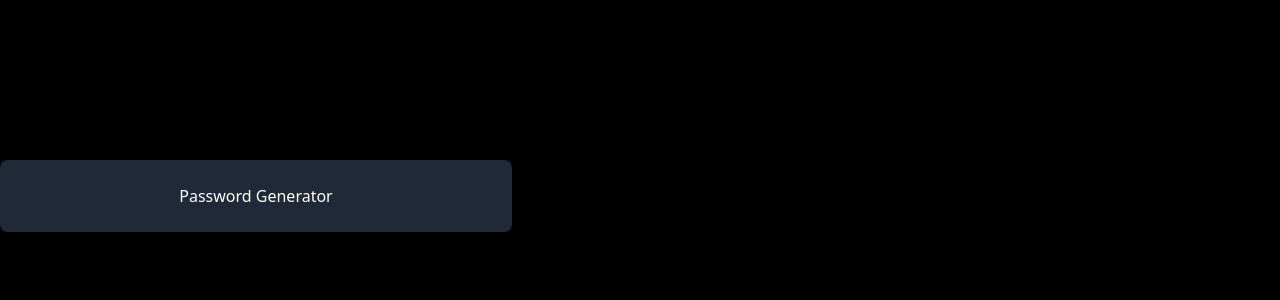
Repository: Abdul-Moeid-Rao/React-Projects
Page: / (app in 05passwordGenrator/)
An editor plug-in stored every save of this project. The page is shown before and after the next save, followed by the edit.
The browser window is 1280 px wide. The pictures show the whole page.
The project was rebuilt for these pictures with package versions that can differ from the ones it lists, and the page was loaded fresh each time. Also part of the build but not shown: 05passwordGenrator/vite.config.js.

Above is the page before, as saved 2024-07-14 21:21:20.

After the next save:
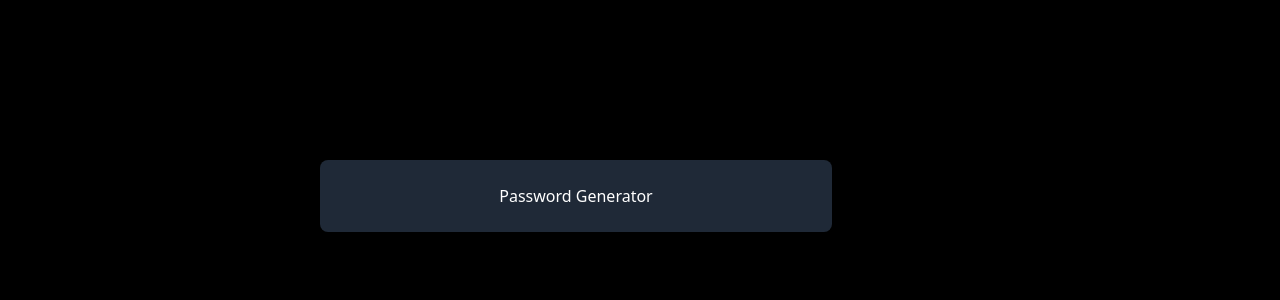
Saved 13 s later.
--- a/05passwordGenrator/src/App.jsx
+++ b/05passwordGenrator/src/App.jsx
@@ -26,7 +26,7 @@
   }, [length, number, char, passGenerator])
 
   return (
-    <div className='w-full max-w-lg max-auto shadow-md rounded-lg px-4 py-3 my-40 mx-90 bg-gray-800 text-orange-500 justify-center'>
+    <div className='w-full max-w-lg max-auto shadow-md rounded-lg px-4 py-3 my-40 mx-80 bg-gray-800 text-orange-500 justify-center'>
       <h1 className='text-white text-center my-3'>Password Generator</h1>
     </div>
   )

After the save that followed:
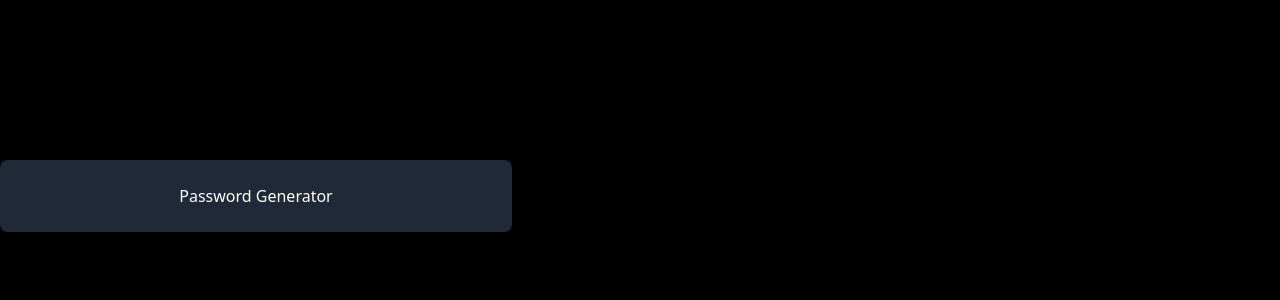
Saved 14 s later.
--- a/05passwordGenrator/src/App.jsx
+++ b/05passwordGenrator/src/App.jsx
@@ -26,7 +26,7 @@
   }, [length, number, char, passGenerator])
 
   return (
-    <div className='w-full max-w-lg max-auto shadow-md rounded-lg px-4 py-3 my-40 mx-80 bg-gray-800 text-orange-500 justify-center'>
+    <div className='w-full max-w-lg max-auto shadow-md rounded-lg px-4 py-3 my-40 mx-100 bg-gray-800 text-orange-500 justify-center'>
       <h1 className='text-white text-center my-3'>Password Generator</h1>
     </div>
   )
